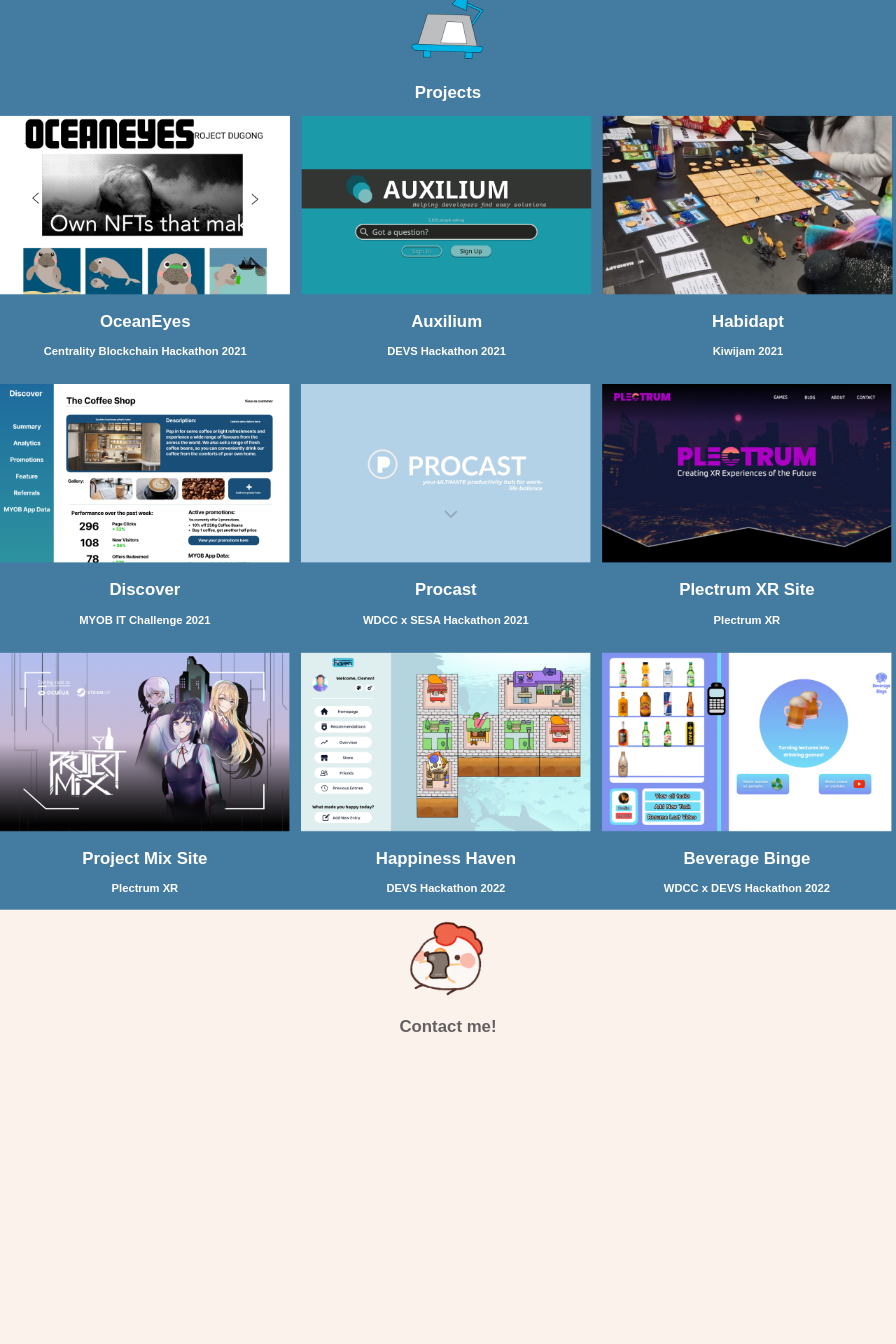
Repository: lukisoo/lukisoo-portfolio
Page: /
An editor plug-in stored every save of this project. The page is shown before and after the next save, followed by the edit.
The browser window is 1280 px wide. The pictures show the part of the page from y = 1461 to 3381 px (the page is 3481 px tall before and 3460 px after), at 70% of full size.
The project was rebuilt for these pictures with package versions that can differ from the ones it lists, and the page was loaded fresh each time.

Above is the page before, as saved 2022-07-31 17:22:11.

### public/index.html
<!DOCTYPE html>
<html lang="en">
  <head>
    <meta charset="utf-8" />
    <link rel="icon" href="%PUBLIC_URL%/favicon.ico" />
    <meta name="viewport" content="width=device-width, initial-scale=1" />
    <meta name="theme-color" content="#000000" />
    <meta
      name="description"
      content="Web site created using create-react-app"
    />
    <link rel="apple-touch-icon" href="%PUBLIC_URL%/logo192.png" />
    <!--
      manifest.json provides metadata used when your web app is installed on a
      user's mobile device or desktop. See https://developers.google.com/web/fundamentals/web-app-manifest/
    -->
    <link rel="manifest" href="%PUBLIC_URL%/manifest.json" />
    <!--
      Notice the use of %PUBLIC_URL% in the tags above.
      It will be replaced with the URL of the `public` folder during the build.
      Only files inside the `public` folder can be referenced from the HTML.

      Unlike "/favicon.ico" or "favicon.ico", "%PUBLIC_URL%/favicon.ico" will
      work correctly both with client-side routing and a non-root public URL.
      Learn how to configure a non-root public URL by running `npm run build`.
    -->
    <title>Lucy Zhu's Portfolio</title>
  </head>
  <body>
    <noscript>You need to enable JavaScript to run this app.</noscript>
    <div id="root"></div>
    <!--
      This HTML file is a template.
      If you open it directly in the browser, you will see an empty page.

      You can add webfonts, meta tags, or analytics to this file.
      The build step will place the bundled scripts into the <body> tag.

      To begin the development, run `npm start` or `yarn start`.
      To create a production bundle, use `npm run build` or `yarn build`.
    -->
  </body>
</html>

### src/index.js
import React from "react";
import {
  BrowserRouter as Router,
  Route,
  BrowserRouter,
} from "react-router-dom";
import ReactDOM from "react-dom/client";
import "./index.css";
import App from "./App";
import reportWebVitals from "./reportWebVitals";

const root = ReactDOM.createRoot(document.getElementById("root"));
root.render(
  <React.StrictMode>
    <BrowserRouter>
        <App />
    </BrowserRouter>
  </React.StrictMode>
);

// If you want to start measuring performance in your app, pass a function
// to log results (for example: reportWebVitals(console.log))
// or send to an analytics endpoint. Learn more: https://bit.ly/CRA-vitals
reportWebVitals();

### src/index.css
@import url('https://fonts.googleapis.com/css2?family=Source+Sans+Pro:ital,wght@0,200;0,300;0,400;0,600;0,700;0,900;1,200;1,300;1,400;1,600;1,700;1,900&display=swap');

body {
  margin: 0;
  /* font-family: -apple-system, BlinkMacSystemFont, 'Segoe UI', 'Roboto', 'Oxygen',
    'Ubuntu', 'Cantarell', 'Fira Sans', 'Droid Sans', 'Helvetica Neue',
    sans-serif; */
    font-family: arial;
  -webkit-font-smoothing: antialiased;
  -moz-osx-font-smoothing: grayscale;
  background-color: #447BA1;
  color: white;
  /* font-family: 'Source Sans Pro', sans-serif; */
  overflow-x: hidden;
  scroll-behavior: smooth;
}

code {
  font-family: source-code-pro, Menlo, Monaco, Consolas, 'Courier New',
    monospace;
}

a {
  text-decoration: none;
}

### src/App.js
import "./App.css";

import { Link } from "react-router-dom";
import { Tooltip, Grid } from "@mui/material";
import { motion } from "framer-motion";

import ProjectsData from "./data/projectsData";

import ProfilePhoto from "./images/header/profile-photo.png";
import LinkedinLogo from "./images/header/linkedin-logo.png";
import GithubLogo from "./images/header/github-logo.png";
import ExperienceLogo from "./images/about-me/experience.png";
import AchievementsLogo from "./images/about-me/achievements.png";

import Laptop from "./images/about-me/laptop.gif";
import Tools from "./images/about-me/tools.gif";
import Projects from "./images/projects-section/projects.gif";
import Contact from "./images/contact/contact.gif";

function App() {
  return (
    <div className="App">
      <header className="full-section">
        <div className="header-image">
          <img
            src={ProfilePhoto}
            className="profile-photo"
            alt="Profile Photo"
          />
        </div>

        <div className="header-content">
          <Grid container spacing={3}>
            <Grid item xs={12} md={12}>
              <motion.div
                viewport={{ once: true }}
                transition={{ duration: 1 }}
                whileInView={{ y: ["-2000px", "0px", "-50px", "0px"] }}
              >
                <h2>Hey there, I'm Lucy Zhu.</h2>
              </motion.div>
            </Grid>
            <Grid item xs={12} md={12}>
              <Tooltip title="LinkedIn">
                <a href="https://www.linkedin.com/in/lucyzhu613/">
                  <img
                    src={LinkedinLogo}
                    className="social-logo"
                    alt="Linkedin Logo"
                  />
                </a>
              </Tooltip>
              <Tooltip title="Github">
                <a href="https://github.com/lukisoo">
                  <img
                    src={GithubLogo}
                    className="social-logo"
                    alt="Github Logo"
                  />
                </a>
              </Tooltip>
            </Grid>
            <Grid item xs={12} md={12}>
              <hr className="header-divider" />
            </Grid>
            <Grid item xs={12} md={4}>
              <a href="#about-me-section">
                <div className="box-1">
                  <div className="btn btn-one">
                    <span>ABOUT ME</span>
                  </div>
                </div>
              </a>
            </Grid>
            <Grid item xs={12} md={4}>
              <a href="#projects-section">
                <div className="box-1">
                  <div className="btn btn-one">
                    <span>PROJECTS</span>
                  </div>
                </div>
              </a>
            </Grid>
            <Grid item xs={12} md={4}>
              <a href="#contact-section">
                <div className="box-1">
                  <div className="btn btn-one">
                    <span>CONTACT</span>
                  </div>
                </div>
              </a>
            </Grid>
          </Grid>
        </div>
      </header>

      <section id="about-me-section" className="full-section">
        <motion.div
          viewport={{ once: true }}
          transition={{ duration: 1 }}
          whileInView={{ y: ["-2000px", "0px", "-50px", "-25px"] }}
        ></motion.div>
        <div className="about-me-content">
          <Grid container spacing={0}>
            <Grid item xs={12} md={4}>
              <div className="about-me-left">
                {" "}
                <div className="details-content">
                  {" "}
                  <motion.div
                    viewport={{ once: true }}
                    transition={{ duration: 1 }}
                    whileInView={{ y: ["-200px", "0px", "-50px", "0px"] }}
                  >
                    <h1>About me!</h1>
                    <img
                      src={ProfilePhoto}
                      className="profile-photo"
                      alt="Profile Photo"
                    />
                    <p>Conjoint Engineering (honours) & Commerce at UoA</p>
                    <p>Software Engineering | Finance | Accounting</p>
                    <hr />
                    <p>
                      <br />
                      Currently, most of my work is in frontend or full-stack
                      development.
                      <br />
                      <br />
                    </p>
                    <hr />
                    <h3>Find out more:</h3>
                    <div className="about-me-logo-section">
                      <Tooltip title="Experience">
                        <img
                          src={ExperienceLogo}
                          className="about-me-logo"
                          alt="Experience Logo"
                        />
                      </Tooltip>
                      <Tooltip title="Achievements">
                        <img
                          src={AchievementsLogo}
                          className="about-me-logo"
                          alt="Achievements Logo"
                        />
                      </Tooltip>
                    </div>{" "}
                  </motion.div>
                </div>
              </div>
            </Grid>
            <Grid item xs={12} md={8}>
              <div className="about-me-right">
                <div className="skills-content">
                  <motion.div
                    viewport={{ once: true }}
                    transition={{ duration: 1 }}
                    whileInView={{ y: ["-200px", "0px", "-50px", "0px"] }}
                  >
                    <img src={Laptop} className="laptop-gif" alt="Laptop" />
                    <h2>Technologies</h2>
                    <p>React | Next.js | HTML | Javascript | CSS</p>
                    <p>
                      Bootstrap | Material UI | Tailwind CSS | Chakra UI | Ant
                      Design
                    </p>
                    <p>Node.js | Express.js | MySQL | MongoDB</p>
                    <p>Python | Java</p>
                    <br />{" "}
                  </motion.div>{" "}
                  <motion.div
                    viewport={{ once: true }}
                    transition={{ duration: 1 }}
                    whileInView={{ y: ["-200px", "0px", "-50px", "0px"] }}
                  >
                    <img src={Tools} className="tools-gif" alt="Tools" />
                    <h2>Other skills / tools</h2>
                    <p>
                      UI / UX Design | Traditional / Digital Art | Graphic
                      Design | Responsive Design
                    </p>
                    <p>
                      Figma | Miro | Jira | Asana | Notion | Procreate | GIMP |
                      LaTeX
                    </p>{" "}
                  </motion.div>
                </div>
              </div>
            </Grid>
          </Grid>
        </div>
      </section>

      <section id="projects-section" className="full-section-projects">
        <div>
          <img src={Projects} className="projects-gif" alt="Projects" />
          <h1>Projects</h1>
          <Grid container spacing={2}>
            {ProjectsData.map((Project, i) => (
              <Grid item xs={6} md={4}>
              <img src={Project.header} alt={Project.title}/>
                <h2>{Project.title}</h2>
                <h4>{Project.affiliation}</h4>
              </Grid>
            ))}
          </Grid>
        </div>
      </section>

      <section id="contact-section" className="full-section">
        <div className="contact-content">
          <img
            src={Contact}
            className="contact-gif"
            alt="Paper Plane - Contact"
          />
          <h1>Contact me!</h1>
          <Grid container spacing={2}>
            <Grid item xs={6} md={8}></Grid>
            <Grid item xs={6} md={4}></Grid>
            <Grid item xs={6} md={4}></Grid>
            <Grid item xs={6} md={8}></Grid>
          </Grid>
        </div>
      </section>
    </div>
  );
}

export default App;

### src/App.css
.App {
  text-align: center;
  margin: 0;
}

/* Section Content */
.full-section {
  height: 100vh;
  width: 100vw;
}

.full-section-projects {
  width: 100vw;
  height: auto;
}

/* Buttons */
.box-1 {
  /* background-color: hsl(0, 100%, 70%);  */
  width: 250px;
  margin: auto;
}

.btn {
	line-height: 50px;
	height: 50px;
	text-align: center;
	width: 250px;
	cursor: pointer;
}

.btn-one {
	color: #FFF;
	transition: all 0.3s;
	position: relative;
}
.btn-one span {
	transition: all 0.3s;
}
.btn-one::before {
	content: '';
	position: absolute;
	bottom: 0;
	left: 0;
	width: 100%;
	height: 100%;
	z-index: 1;
	opacity: 0;
	transition: all 0.3s;
	border-top-width: 1px;
	border-bottom-width: 1px;
	border-top-style: solid;
	border-bottom-style: solid;
	border-top-color: rgba(255,255,255,0.5);
	border-bottom-color: rgba(255,255,255,0.5);
	transform: scale(0.1, 1);
}
.btn-one:hover span {
	letter-spacing: 2px;
}
.btn-one:hover::before {
	opacity: 1;
	transform: scale(1, 1);
}
.btn-one::after {
	content: '';
	position: absolute;
	bottom: 0;
	left: 0;
	width: 100%;
	height: 100%;
	z-index: 1;
	transition: all 0.3s;
	background-color: rgba(255,255,255,0.1);
}
.btn-one:hover::after {
	opacity: 0;
	transform: scale(0.1, 1);
}

/* Header CSS */
.header-content {
  width: 60vw;
  height: 70vh;
  margin: 0 auto 0 auto;
  margin-top: 2vh;
  /* background-color: red; */
}

.header-divider {
  color: white;
  border-width: 2px;
}

.header-image {
  background: linear-gradient(180deg, #FBF2EB 50%, #ffffff00 50%);
  border-top: 13vh solid #FBF2EB;
  width: 100vw;
  height: auto;
}

.profile-photo {
  width: 10vw;
  height: auto;
}

.social-logo {
  width: 40px;
  height: auto;
  padding: 0 1% 0 1%;
}

.social-logo:hover {
  opacity: 0.8;
  cursor: pointer;
}

/* About Me CSS */
#about-me-section {
  background-color: #FBF2EB;
}

.about-me-content {
  height: 100vh;
  width: 100vw;
}

.about-me-logo-section {
  /* height: 100px; */
}

.about-me-logo {
  width: 50px;
  margin: 5% 3% 0 3%;
  padding: 1%;
}

.about-me-logo:hover {
  border-radius: 15px;
  /* border: 1px solid #A79FA7; */
  opacity: 0.8;
  cursor: pointer;
}

.about-me-left {

}

.details-content {
  padding: 8% 8% 8% 8%;
  color: #646064;
}

.about-me-right {
  background-color: #A79FA7;
  height: 100vh;

}

.skills-content {
  padding: 5% 0 5% 0;
}

.laptop-gif {
  width: 8vw;
}

.tools-gif {
  width: 6vw;
}

/* Projects CSS */
.projects-gif {
  width: 9vw;
}

/* Contact CSS */

#contact-section {
  background-color: #FBF2EB;
}

.contact-content {
  color: #646064;
}

.contact-gif {
  width: 10vw;
}

### src/data/projectsData.js
import OceanEyes from "../images/projects-section/header-images/oceaneyes.png";
import Auxilium from "../images/projects-section/header-images/auxilium.png";
import Habidapt from "../images/projects-section/header-images/habidapt.png";
import Discover from "../images/projects-section/header-images/discover.png";
import Procast from "../images/projects-section/header-images/procast.png";
import PlectrumSite from "../images/projects-section/header-images/plectrum-site.png";
import ProjectMixSite from "../images/projects-section/header-images/project-mix-site.png";
import HappinessHaven from "../images/projects-section/header-images/happiness-haven.png";
import BeverageBinge from "../images/projects-section/header-images/beverage-binge.png";

const projectsData = [
  {
    id: 0,
    title: "OceanEyes",
    header: OceanEyes,
    affiliation: "Centrality Blockchain Hackathon 2021",
    description:
      "OceanEyes is a project created for the 2021 CENNZ Blockchain Hackathon. An ocean health and biodiversity project which aims to ensure the transparency and credibility of fisheries and conservations by using NFT and blockchain during issuance of certifications and charity efforts.",
    color: "#FFFFFF",
  },
  {
    id: 1,
    title: "Auxilium",
    header: Auxilium,
    affiliation: "DEVS Hackathon 2021",
    description:
      "Auxilium is a project created for the 2021 DEVS Hackathon (themed 'Devs for Devs') that secured our group 3rd place. The lack of a beginner-friendly community is a real issue, so we created one ourselves. This web app includes a Q&A, groups, achievements, and challenges, alongside many other features that allow beginner developers to help each other, connect with one another, and encourage them to gain more skills and opportunities.",
    color: "#1B9AAA",
  },
  {
    id: 2,
    title: "Habidapt",
    header: Habidapt,
    affiliation: "Kiwijam 2021",
    description:
      "Created a board game, 'Habidapt', for the 2021 KiwiJam, which was themed 'adapt'. Habidapt involved strategically transformaing into different animals to enter different terrains to gain the most tokens possible. We illustrated our designs, laser cut the board and tokens, 3d printed our animal game pieces, and spent a very long time figuring out game logic.",
    color: "#454140",
  },
  {
    id: 3,
    title: "Discover",
    header: Discover,
    affiliation: "MYOB IT Challenge 2021",
    description:
      "'Discover' is a web app created for the 2021 MYOB IT Challenge, which had a theme that invovled helping small NZ and Australian Businesses. It is very difficult and costly for small businesses to get the exposure they deserve, so our platform aims to increase their exposure to a wider audience. Businesses can register themselves onto the platform and showcase their products or services, view analytics, and provide discounts. Customers will be able to view this and refer their friends.",
    color: "#2D929F",
  },
  {
    id: 4,
    title: "Procast",
    header: Procast,
    affiliation: "WDCC x SESA Hackathon 2021",
    description:
      "An interesting web app which promotes a healthy 'work life balance' for the 2021 WDCC x SESA Hackathon themed 'pro-procrastination'. Basically a productivity tool that distracts you while you do work, and justifies that it's trying to help you keep that work life balance by taking breaks, showing you videos and events near you, and encouraging you to have fun with friends and family instead.",
    color: "#B4D2E7",
  },
  {
    id: 5,
    title: "Plectrum XR Site",
    header: PlectrumSite,
    affiliation: "Plectrum XR",
    description: "...",
    color: "#000000",
  },
  {
    id: 6,
    title: "Project Mix Site",
    header: ProjectMixSite,
    affiliation: "Plectrum XR",
    description: "...",
    color: "#0E0D0F",
  },
  {
    id: 7,
    title: "Happiness Haven",
    header: HappinessHaven,
    affiliation: "DEVS Hackathon 2022",
    description: "...",
    color: "#DFEEEE",
  },
  {
    id: 8,
    title: "Beverage Binge",
    header: BeverageBinge,
    affiliation: "WDCC x DEVS Hackathon 2022",
    description: "...",
    color: "#8093F1",
  },
];

export default projectsData;

Loaded but not shown: src/reportWebVitals.js (common file)

After the next save:
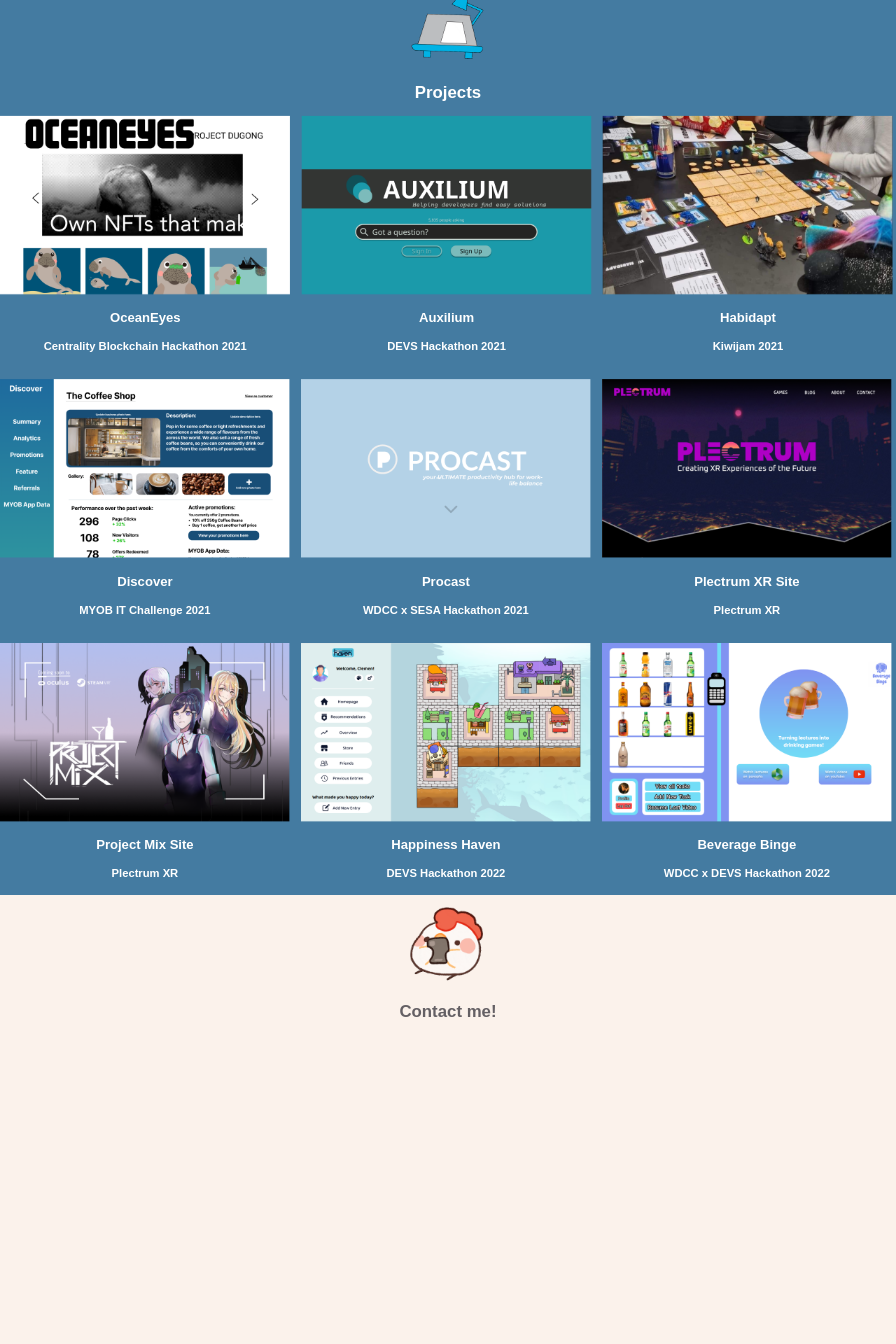
Saved 25 s later.
--- a/src/App.js
+++ b/src/App.js
@@ -200,7 +200,7 @@
             {ProjectsData.map((Project, i) => (
               <Grid item xs={6} md={4}>
               <img src={Project.header} alt={Project.title}/>
-                <h2>{Project.title}</h2>
+                <h3>{Project.title}</h3>
                 <h4>{Project.affiliation}</h4>
               </Grid>
             ))}
